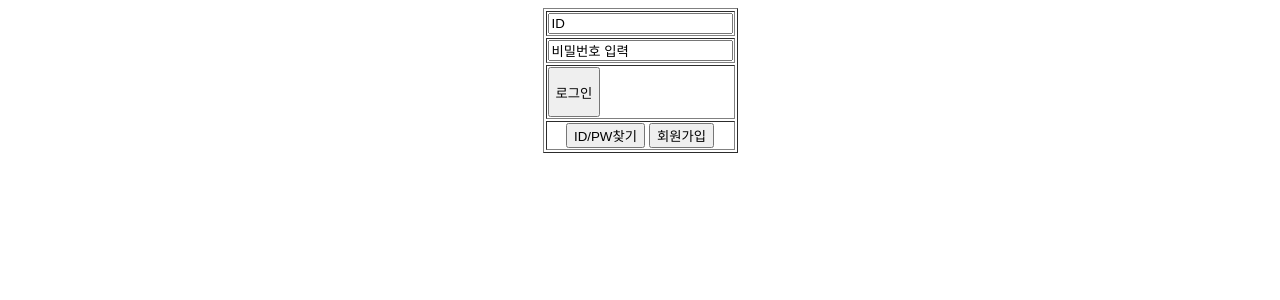
Repository: Leewonhoo/kostaweb
Page: http://localhost/FirstProject/Login.jsp
These files come from the project's save history. The page is drawn as it stood at one moment and after the next save; the edit follows.
The browser window is 1280 px wide. The pictures show the whole page.
The page is served by Tomcat 9. Other server files are loaded and not shown.

Above is the page before, as saved 2017-09-14 05:23:16.

### FirstProject/WebContent/Login.jsp
<%@ page language="java" contentType="text/html; charset=UTF-8"
    pageEncoding="UTF-8"%>
<!DOCTYPE html PUBLIC "-//W3C//DTD HTML 4.01 Transitional//EN" "http://www.w3.org/TR/html4/loose.dtd">
<html>
<head>
<meta http-equiv="Content-Type" content="text/html; charset=UTF-8">
<title>로그인 합시다!</title>

<script type="text/javascript">
pw = document.getElementById("pass");

function pwonfocus(){
	pw.value = "";
	pw.type = "password";
}
function pwonblur(){
	if (pw.value.trim().length < 1){

	}
}
</script>

</head>
<body>
	<form action="login.html">
		<table border="1" align="center">
			<tr>
				<!-- 로그인 전 -->
				<td align="center">
					<input type="text" value="ID"/>
				</td>
			</tr>
			<tr>
				<td>
					<input id="pass" name="pass" type="text" value="비밀번호 입력" onfocus="pwonfocus()" onblur="pwonblur()">
				</td>
			<tr>
				<td><input type="submit" value="로그인" style="height: 50px;"></td>
			</tr>
			<tr>
				<td colspan="2" align="center">
					<input type="button" value="ID/PW찾기">
					<input type="button" value="회원가입"  onclick="Register.html">
				</td>
			</tr>
		</table>
	</form>
</body>
</html>

After the next save:
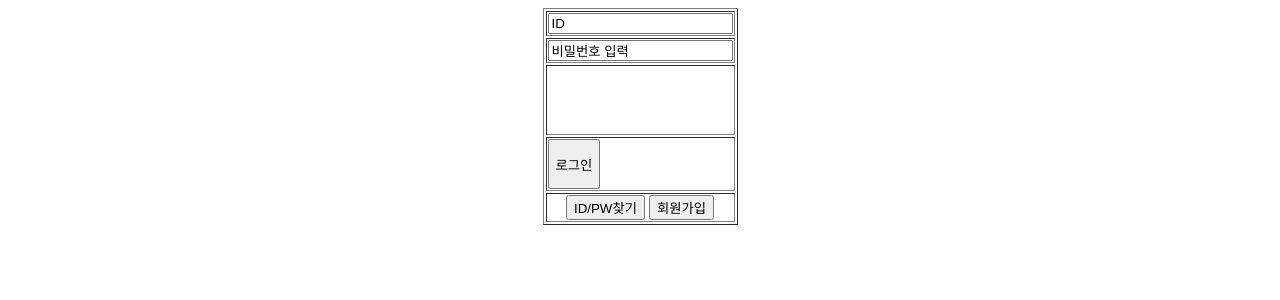
Saved 2 min 50 s later.
--- a/FirstProject/WebContent/Login.jsp
+++ b/FirstProject/WebContent/Login.jsp
@@ -8,6 +8,7 @@
 
 <script type="text/javascript">
 pw = document.getElementById("pass");
+status = document.getElementById("logstatus");
 
 function pwonfocus(){
 	pw.value = "";
@@ -15,7 +16,9 @@
 }
 function pwonblur(){
 	if (pw.value.trim().length < 1){
-
+		pw.value = "비밀번호 입력";
+		pw.type = "text";
+		status.innerText = "비밀번호를 입력해주세요.";
 	}
 }
 </script>
@@ -34,6 +37,11 @@
 				<td>
 					<input id="pass" name="pass" type="text" value="비밀번호 입력" onfocus="pwonfocus()" onblur="pwonblur()">
 				</td>
+			<tr height="70px">
+				<td>
+					<span id="logstatus"></span>
+				</td>
+			</tr>
 			<tr>
 				<td><input type="submit" value="로그인" style="height: 50px;"></td>
 			</tr>
